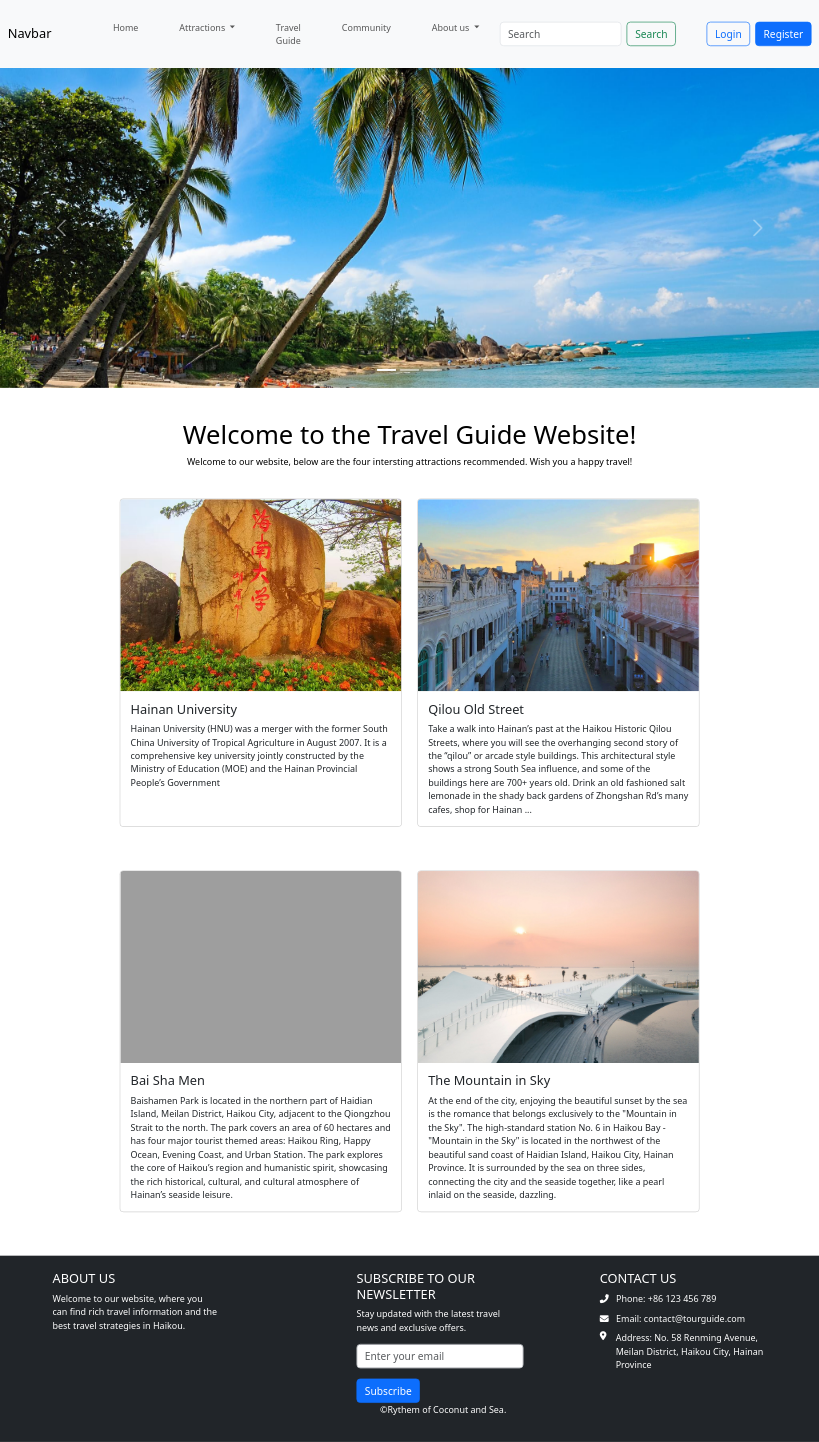
Repository: NIIT-RG6/web-project
Page: /
These files come from the project's save history. The page is drawn as it stood at one moment and after the next save; the edit follows.
The browser window is 1280 px wide. The pictures show the whole page, at 64% of full size.
Pictures or frames that could not be fetched are drawn as grey boxes. The project was rebuilt for these pictures with package versions that can differ from the ones it lists, and the page was loaded fresh each time. Also part of the build but not shown: vue.config.js, src/views/College.vue, src/views/Foods.vue, src/views/Park.vue, src/views/Sky.vue, src/views/Street.vue, src/views/StrategyHome.vue, src/views/StrategyBlog.vue and 6 more. Imported but missing from the stored project, and not drawn on this page: src/assets/js/vuetify.js.

Above is the page before, as saved 2024-10-25 03:55:57.

### src/main.js
import 'bootstrap/dist/css/bootstrap.min.css';
import 'bootstrap/dist/js/bootstrap.bundle.min.js';
import "element-plus/dist/index.css";
import '@fortawesome/fontawesome-free/css/all.css';

import * as ElementPlusIconsVue from "@element-plus/icons-vue";

import { createApp } from 'vue';
import App from './App.vue';
import router from './router';
//import vuetify from '../src/assets/js/vuetify'
import ElementPlus from "element-plus";



//import '../src/assets/js/vuetify'
import '@/assets/css/global.css'


createApp(App)
  .use(ElementPlus)
  .use(router)
  //.use(vuetify)
  .use((app) => {
    for (const [key, component] of Object.entries(ElementPlusIconsVue)) {
      app.component(key, component);
    }
  })
  .mount("#app");


// Vue.use(vuetify)
// Vue.config.productionTip = false
// new Vue({
//   vuetify,
//   router,
//   render: h => h(App)
// }).$mount('#app')

### src/App.vue
<template>
	<div id="app">
		<!-- 只有在当前路径不属于隐藏列表时才显示 NavBar -->
		<NavBar v-if="!shouldHideNavAndFooter" />

		<!-- 路由视图 -->
		<router-view />

		<!-- 只有在当前路径不属于隐藏列表时才显示 AppFooter -->
		<AppFooter v-if="!shouldHideNavAndFooter" />
	</div>
</template>

<script>
//import "./style.css";
import NavBar from './components/NavBar.vue';
import AppFooter from './components/AppFooter.vue';
import { computed } from 'vue';
import { useRoute } from 'vue-router';


export default {
	components: {
		NavBar,
		AppFooter
	},
	setup() {
		// 使用 useRoute 钩子获取当前路由
		const route = useRoute();

		// 定义需要隐藏 NavBar 和 AppFooter 的路径
		const hiddenRoutes = ['/login', '/register', '/forgot', '/about-us/contract', '/about-us/privacy'];

		// 判断当前路由路径是否在隐藏列表中
		const shouldHideNavAndFooter = computed(() => hiddenRoutes.includes(route.path));

		return {
			shouldHideNavAndFooter
		};
	}
};
</script>

<style scoped lang="less"></style>

### src/router/index.js
import { createRouter, createWebHistory } from 'vue-router';

// import vue from 'vue';
// import VueRouter from 'vue-router';

// Vue.use(VueRouter);
//Static import
import HomePage from '../views/HomePage.vue';
import College from '@/views/College.vue';
import Foods from '@/views/Foods.vue';
import Park from '@/views/Park.vue';
import Sky from '@/views/Sky.vue';
import Street from '@/views/Street.vue';
import StrategyHome from '../views/StrategyHome.vue';
import StrategyBlog from '../views/StrategyBlog.vue';
import InteractiveCommunity from '../views/InteractiveCommunity.vue';

// Dynamic import(lazy loading)
const LoginPage = () => import('@/views/LoginPage.vue');
const RegisterPage = () => import('@/views/RegisterPage.vue');
const ForgotPassword = () => import('@/views/ForgotPassword.vue');
const ContractPage = () => import('@/views/ContractPage.vue');
const PrivacyPolicy = () => import('@/views/PrivacyPolicy.vue');
const TeamPage = () => import('@/views/TeamPage.vue');

const routes = [
  //Static routes
  { path: '/', name: 'HomePage', component: HomePage },
  { path: '/attractions/college', name: 'College', component: College },
  { path: '/attractions/foods', name: 'Foods', component: Foods },
  { path: '/attractions/park', name: 'Park', component: Park },
  { path: '/attractions/sky', name: 'Sky', component: Sky },
  { path: '/attractions/street', name: 'Street', component: Street },
  { path: '/guide', name: 'Strategy', component: StrategyHome },
  { path: '/guide/blog', name: 'Strategy/Blog', component: StrategyBlog },
  { path: "/community", name: "community", component: InteractiveCommunity },

  // Dynamic routes(lazy loading)
  { path: '/login', name: 'LoginPage', component: LoginPage },
  { path: '/register', name: 'RegisterPage', component: RegisterPage },
  { path: '/forgot', name: 'ForgotPassword', component: ForgotPassword },
  { path: '/about-us/contract', name: 'ContractPage', component: ContractPage },
  { path: '/about-us/privacy', name: 'PrivacyPolicy', component: PrivacyPolicy },
  { path: '/about-us/team', name: 'TeamPage', component: TeamPage },

  // {
  //   path: '/login',
  //   name: 'login',
  //   component: () => import('@/views/LoginPage.vue')
  // },
  // {
  //   path: '/register',
  //   name: 'register',
  //   component: () => import('@/views/RegisterPage.vue')
  // },
  // {
  //   path: '/forgot',
  //   name: 'forgot',
  //   component: () => import('@/views/ForgotPassword.vue')
  // },
  // {
  //   path: '/Contract',
  //   name: 'Contract',
  //   component: () => import('@/views/ContractPage.vue')
  // },
  // {
  //   path: '/Privacy',
  //   name: 'Privacy',
  //   component: () => import('@/views/PrivacyPolicy.vue')
  // },
  // {
  //   path: '/Team',
  //   name: 'Team',
  //   component: () => import('@/views/TeamPage.vue')
  // }
];

const router = createRouter({
  history: createWebHistory(process.env.BASE_URL),
  routes
});

export default router;

### src/assets/css/global.css
/* * {
    box-sizing: border-box;
} */
 body {
    color: #000;
    font-size: 14px;
    margin: 0;
    padding: 0;
 }

### src/components/NavBar.vue
<template>
  <nav class="navbar navbar-expand-lg bg-body-tertiary py-4">
    <div class="container-fluid">
      <a class="navbar-brand" href="#">Navbar</a>
      <button class="navbar-toggler" type="button" data-bs-toggle="collapse" data-bs-target="#navbarSupportedContent"
        aria-controls="navbarSupportedContent" aria-expanded="false" aria-label="Toggle navigation">
        <span class="navbar-toggler-icon"></span>
      </button>
      <div class="collapse navbar-collapse" id="navbarSupportedContent">
        <ul class="navbar-nav me-auto mb-2 mb-lg-0 mx-5">
          <li class="nav-item mx-4">
            <router-link to="/" class="nav-link">Home</router-link>
          </li>

          <!-- Attractions Dropdown -->
          <li class="nav-item dropdown mx-4">
            <a class="nav-link dropdown-toggle" href="#" role="button" data-bs-toggle="dropdown" aria-expanded="false">
              Attractions
            </a>
            <ul class="dropdown-menu">
              <li><router-link to="/attractions/college" class="dropdown-item">Hainan University</router-link></li>
              <li><router-link to="/attractions/park" class="dropdown-item">Baishamen Park</router-link></li>
              <li><router-link to="/attractions/sky" class="dropdown-item">The Sky Mountain</router-link></li>
              <li><router-link to="/attractions/street" class="dropdown-item">Qilou Street</router-link></li>
              <li><router-link to="/attractions/foods" class="dropdown-item">Haikou Foods</router-link></li>
            </ul>
          </li>

          <li class="nav-item mx-4">
            <router-link to="/guide" class="nav-link">Travel Guide</router-link>
          </li>

          <li class="nav-item mx-4">
            <router-link to="/community" class="nav-link">Community</router-link>
          </li>

          <!-- About Us Dropdown -->
          <li class="nav-item dropdown mx-4">
            <a class="nav-link dropdown-toggle" href="#" role="button" data-bs-toggle="dropdown" aria-expanded="false">
              About us
            </a>
            <ul class="dropdown-menu">
              <li><router-link to="/about-us/team" class="dropdown-item">Team</router-link></li>
              <li><router-link to="/about-us/contract" class="dropdown-item">Contract</router-link></li>
              <li><router-link to="/about-us/privacy" class="dropdown-item">Privacy</router-link></li>
            </ul>
          </li>
        </ul>

        <!-- Search Form -->
        <form class="d-flex mx-auto" role="search">
          <input class="form-control me-2" type="search" placeholder="Search" aria-label="Search">
          <button class="btn btn-outline-success" type="submit">Search</button>
        </form>

        <!-- Login and Register Buttons -->
        <router-link to="/login" class="btn btn-outline-primary ms-5">Login</router-link>
        <router-link to="/register" class="btn btn-primary ms-2">Register</router-link>
      </div>
    </div>
  </nav>
</template>

<script>
export default {
  name: 'NavBar'
}
</script>

### src/components/AppFooter.vue
<template>
    <footer class="footer bg-dark text-white py-4">
        <div class="container">
            <div class="row">
                <!-- ABOUT US -->
                <div class="col-md-3">
                    <!-- <img :src="" alt=""> -->
                    <h5>ABOUT US</h5>
                    <p>Welcome to our website, where you can find rich travel information and the best travel strategies
                        in Haikou.</p>
                </div>

                <!-- NEWSLETTER SIGNUP -->
                <div class="col-md-3 offset-md-2">
                    <h5>SUBSCRIBE TO OUR NEWSLETTER</h5>
                    <p>Stay updated with the latest travel news and exclusive offers.</p>
                    <form>
                        <div class="mb-3">
                            <input type="email" class="form-control" placeholder="Enter your email" />
                        </div>
                        <button type="submit" class="btn btn-primary">Subscribe</button>
                    </form>
                </div>


                <!-- CONTACT US -->
                <div class="col-md-3 offset-md-1">
                    <h5>CONTACT US</h5>
                    <ul class="list-unstyled contact-info">
                        <li>
                            <i class="fas fa-phone-alt"></i> Phone: +86 123 456 789
                        </li>
                        <li>
                            <i class="fas fa-envelope"></i> Email: contact@tourguide.com
                        </li>
                        <li class="address-item">
                            <i class="fas fa-map-marker-alt"></i> Address: No. 58 Renming Avenue, Meilan District,
                            Haikou City, Hainan Province
                        </li>
                    </ul>
                </div>
            </div>
            <div class="row offset-md-1">
                <div class="col text-center">
                    <p>&copy;Rythem of Coconut and Sea. </p>
                </div>
            </div>
        </div>
    </footer>
</template>

<script>
export default {
    name: 'AppFooter'
}
</script>

<style scoped>
.footer {
    background-color: #343a40;
    color: #ffffff;
    padding: 20px 0;
}

.contact-info li {
    margin-bottom: 10px;
}

.contact-info i {
    margin-right: 8px;
}

.footer a {
    color: #ffffff;
    transition: color 0.3s;
}

.footer a:hover {
    color: #dddddd;
}

.address-item {
    position: relative;
    padding-left: 25px;
}

.address-item i {
    position: absolute;
    left: 0;
    top: 0;
}

.address-item span {
    display: inline-block;
    margin-left: 25px;
}
</style>

### src/views/HomePage.vue
<template>
    <div class="homepage">
        <!-- carousel slide -->

        <div id="carouselExampleIndicators" class="carousel slide">
            <div class="carousel-indicators">
                <button type="button" data-bs-target="#carouselExampleIndicators" data-bs-slide-to="0" class="active"
                    aria-current="true" aria-label="Slide 1"></button>
                <button type="button" data-bs-target="#carouselExampleIndicators" data-bs-slide-to="1"
                    aria-label="Slide 2"></button>
                <button type="button" data-bs-target="#carouselExampleIndicators" data-bs-slide-to="2"
                    aria-label="Slide 3"></button>
            </div>
            <div class="carousel-inner">
                <div class="carousel-item active">
                    <img :src="firstImage" class="d-block w-100 custom-carousel-img" alt="..." />
                </div>
                <div class="carousel-item">
                    <img :src="secondImage" class="d-block w-100 custom-carousel-img" alt="..." />
                </div>
                <div class="carousel-item">
                    <img :src="thirdImage" class="d-block w-100 custom-carousel-img" alt="..." />
                </div>
            </div>
            <button class="carousel-control-prev" type="button" data-bs-target="#carouselExampleIndicators"
                data-bs-slide="prev">
                <span class="carousel-control-prev-icon" aria-hidden="true"></span>
                <span class="visually-hidden">Previous</span>
            </button>
            <button class="carousel-control-next" type="button" data-bs-target="#carouselExampleIndicators"
                data-bs-slide="next">
                <span class="carousel-control-next-icon" aria-hidden="true"></span>
                <span class="visually-hidden">Next</span>
            </button>
        </div>

        <!-- main content -->
        <div class="container mt-5">
            <h1 class="text-center">Welcome to the Travel Guide Website!</h1>
            <p class="text-center">{{ message }}</p>
        </div>

        <!-- card -->
        <div class="container row mt-5 mx-auto justify-content-center">
            <div class="col-md-5 mb-5 card-group" v-for="(attraction, index) in Attractions" :key="index">
                <div class="card">
                    <img :src="attraction.image" class="card-img-top custom-card-img" :alt="attraction.name">
                    <div class="card-body">
                        <h5 class="card-title">{{ attraction.name }}</h5>
                        <p class="card-text">{{ attraction.description }}</p>
                    </div>
                </div>
            </div>
        </div>
    </div>
</template>

<script>
export default {
    name: "HomePage",
    data() {
        return {
            message: "Welcome to our website, below are the four intersting attractions recommended. Wish you a happy travel!",
            firstImage: require('@/assets/images/Carousel1.jpg'),
            secondImage: require('@/assets/images/QiLou.webp'),
            thirdImage: require('@/assets/images/SkyMountain.png'),
            Attractions: [
                {
                    name: 'Hainan University',
                    description: 'Hainan University (HNU) was a merger with the former South China University of Tropical Agriculture in August 2007. It is a comprehensive key university jointly constructed by the Ministry of Education (MOE) and the Hainan Provincial People’s Government',
                    image: require('@/assets/images/HNU.jpg')
                },
                {
                    name: 'Qilou Old Street',
                    description: 'Take a walk into Hainan’s past at the Haikou Historic Qilou Streets, where you will see the overhanging second story of the “qilou” or arcade style buildings. This architectural style shows a strong South Sea influence, and some of the buildings here are 700+ years old. Drink an old fashioned salt lemonade in the shady back gardens of Zhongshan Rd’s many cafes, shop for Hainan ...',
                    image: require('@/assets/images/QiLou.webp')
                },
                {
                    name: 'Bai Sha Men',
                    description: 'Baishamen Park is located in the northern part of Haidian Island, Meilan District, Haikou City, adjacent to the Qiongzhou Strait to the north. The park covers an area of 60 hectares and has four major tourist themed areas: Haikou Ring, Happy Ocean, Evening Coast, and Urban Station. The park explores the core of Haikou’s region and humanistic spirit, showcasing the rich historical, cultural, and cultural atmosphere of Hainan’s seaside leisure.',
                    image: require('@/assets/images/BaiShaMen.png')
                },
                {
                    name: 'The Mountain in Sky',
                    description: 'At the end of the city, enjoying the beautiful sunset by the sea is the romance that belongs exclusively to the "Mountain in the Sky". The high-standard station No. 6 in Haikou Bay - "Mountain in the Sky" is located in the northwest of the beautiful sand coast of Haidian Island, Haikou City, Hainan Province. It is surrounded by the sea on three sides, connecting the city and the seaside together, like a pearl inlaid on the seaside, dazzling.',
                    image: require('@/assets/images/SkyMountain.png')
                }
            ]
        };
    }
};
</script>

<style scoped>
.custom-carousel-img {
    height: 500px;
    object-fit: cover;
}

.card {
    margin-bottom: 20px;
}

.custom-card-img {
    height: 300px;
    object-fit: cover;
}
</style>

Loaded but not shown: public/index.html (common file)

After the next save:
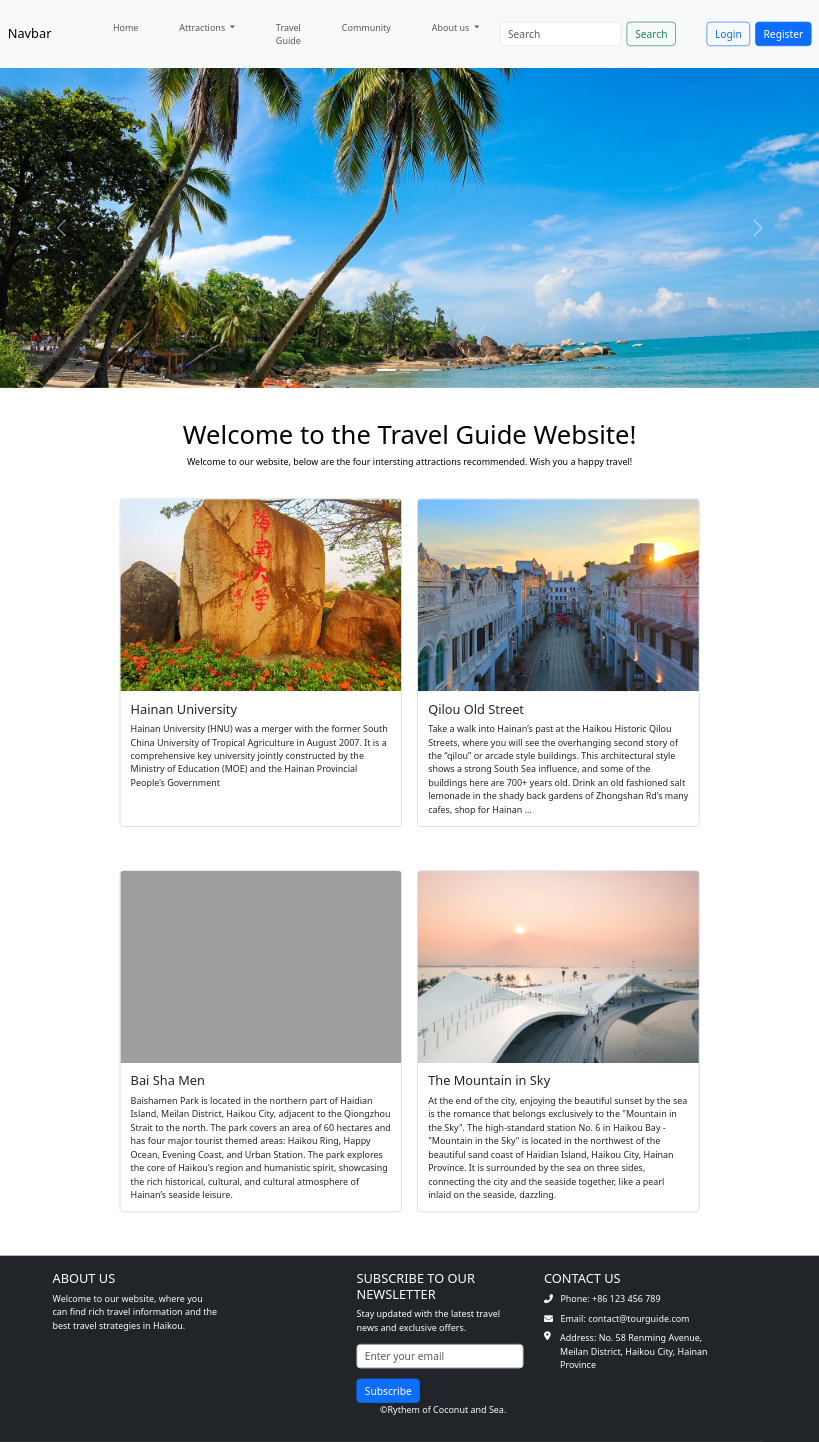
Saved 20 s later.
--- a/src/components/AppFooter.vue
+++ b/src/components/AppFooter.vue
@@ -24,7 +24,7 @@
 
 
                 <!-- CONTACT US -->
-                <div class="col-md-3 offset-md-1">
+                <div class="col-md-3 mx-2">
                     <h5>CONTACT US</h5>
                     <ul class="list-unstyled contact-info">
                         <li>
